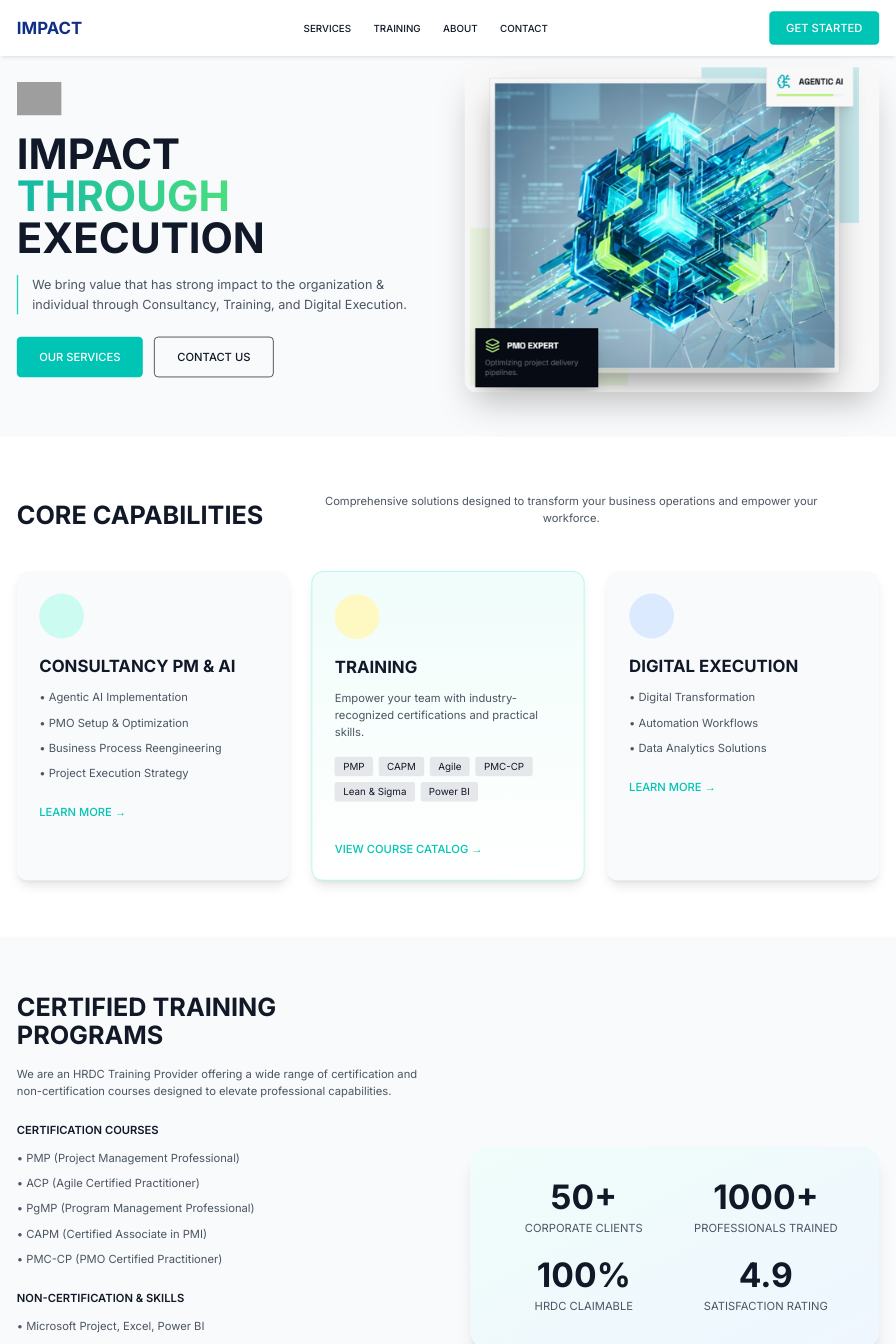
Repository: hsuntariq/web-pages
Page: impact/index.html
These files come from the project's save history. The page is drawn as it stood at one moment and after the next save; the edit follows.
The browser window is 1280 px wide. The pictures show the part of the page from y = 0 to 1920 px (the page is 4070 px tall), at 70% of full size.
Pictures or frames that could not be fetched are drawn as grey boxes. Some web libraries are served in a nearby version.

Above is the page before, as saved 2025-12-28 20:22:26.

### impact/index.html
<!DOCTYPE html>
<html lang="en" class="scroll-smooth">
  <head>
    <meta charset="UTF-8" />
    <meta name="viewport" content="width=device-width, initial-scale=1.0" />
    <title>
      Impact Through Execution – HRDC Certified Training Provider Malaysia
    </title>
    <meta
      name="description"
      content="HRDC certified training provider offering PMP, CAPM, Agile, AI in PM, and digital transformation courses in Malaysia. Consultancy, corporate training, and execution solutions."
    />
    <script src="https://cdn.tailwindcss.com"></script>
    <script>
      tailwind.config = {
        theme: {
          extend: {
            colors: {
              primary: "#00C4B4", // teal for buttons
              accent: "#122F87", // dark blue for accents
            },
          },
        },
      };
    </script>
    <link
      href="https://fonts.googleapis.com/css2?family=Inter:wght@400;500;600;700;800&display=swap"
      rel="stylesheet"
    />
    <style>
      body {
        font-family: "Inter", sans-serif;
      }
    </style>
  </head>
  <body class="bg-white text-gray-900">
    <!-- Navigation -->
    <header class="fixed top-0 left-0 right-0 bg-white shadow-md z-50">
      <nav
        class="max-w-7xl mx-auto px-6 py-4 flex items-center justify-between"
      >
        <div class="text-2xl font-bold text-accent">IMPACT</div>
        <div class="hidden md:flex space-x-8 text-sm font-medium">
          <a href="#services" class="hover:text-primary transition">SERVICES</a>
          <a href="#training" class="hover:text-primary transition">TRAINING</a>
          <a href="#about" class="hover:text-primary transition">ABOUT</a>
          <a href="#contact" class="hover:text-primary transition">CONTACT</a>
        </div>
        <a
          href="#"
          class="bg-primary text-white px-6 py-3 rounded-md font-medium hover:bg-primary/90 transition"
          >GET STARTED</a
        >
      </nav>
    </header>

    <!-- Hero Section -->
    <section class="pt-24 pb-16 bg-gray-50">
      <div
        class="max-w-7xl mx-auto px-6 grid lg:grid-cols-2 gap-12 items-center"
      >
        <div>
          <img
            src="https://precisionwellness.my/wp-content/uploads/2025/06/HRDC_Claimable_Registered_Training_Provider_Logos-scaled.webp"
            alt="HRDC Certified Training Provider"
            class="h-12 mb-6"
          />
          <h1
            class="text-5xl md:text-6xl font-bold text-gray-900 leading-tight"
          >
            IMPACT<br />
            <span
              class="bg-gradient-to-r text-transparent from-teal-500 bg-clip-text to-green-400"
            >
              THROUGH
            </span>
            <br />EXECUTION
          </h1>
          <p
            class="text-lg text-gray-600 border border-l-3 border-teal-400 border-2 border-t-0 border-b-0 border-e-0 ps-5 mt-6 mb-8"
          >
            We bring value that has strong impact to the organization &
            individual through Consultancy, Training, and Digital Execution.
          </p>
          <div class="flex flex-col sm:flex-row gap-4">
            <a
              href="#"
              class="bg-primary text-white px-8 py-4 rounded-md font-medium hover:bg-primary/90 transition"
              >OUR SERVICES</a
            >
            <a
              href="#"
              class="border border-gray-900 text-gray-900 px-8 py-4 rounded-md font-medium hover:bg-gray-900 hover:text-white transition"
              >CONTACT US</a
            >
          </div>
        </div>
        <div class="relative">
          <img
            src="./hero.PNG"
            alt="Agentic AI transforming project management"
            class="rounded-2xl shadow-2xl w-full"
          />
          <!-- <div
            class="absolute top-4 right-4 bg-black text-white px-4 py-2 rounded-md text-sm font-medium"
          >
            AGENTIC AI
          </div> -->
          <!-- <div
            class="absolute bottom-4 left-4 bg-black text-white px-6 py-3 rounded-md font-medium"
          >
            PMO EXPERT<br />Delivering project delivery excellence
          </div> -->
        </div>
      </div>
    </section>

    <!-- Core Capabilities -->
    <section class="py-20 bg-white">
      <div class="max-w-7xl mx-auto px-6">
        <div class="flex justify-between items-center">
          <h2 class="text-4xl font-bold text-center mb-12">
            CORE CAPABILITIES
          </h2>
          <p class="text-center text-gray-600 mb-16 max-w-3xl mx-auto">
            Comprehensive solutions designed to transform your business
            operations and empower your workforce.
          </p>
        </div>
        <div class="grid grid-cols-1 md:grid-cols-3 gap-8">
          <!-- Consultancy PM & AI -->
          <div class="bg-gray-50 rounded-2xl p-8 shadow-lg">
            <div class="bg-teal-100 w-16 h-16 rounded-full mb-6"></div>
            <h3 class="text-2xl font-bold mb-4">CONSULTANCY PM & AI</h3>
            <ul class="space-y-3 text-gray-600">
              <li>• Agentic AI Implementation</li>
              <li>• PMO Setup & Optimization</li>
              <li>• Business Process Reengineering</li>
              <li>• Project Execution Strategy</li>
            </ul>
            <a
              href="#"
              class="mt-8 inline-block text-primary font-medium hover:underline"
              >LEARN MORE →</a
            >
          </div>
          <!-- Training -->
          <div
            class="bg-gradient-to-b from-teal-50 to-white rounded-2xl p-8 shadow-lg border border-teal-200"
          >
            <div class="bg-yellow-100 w-16 h-16 rounded-full mb-6"></div>
            <h3 class="text-2xl font-bold mb-4">TRAINING</h3>
            <p class="text-gray-600 mb-6">
              Empower your team with industry-recognized certifications and
              practical skills.
            </p>
            <div class="flex flex-wrap gap-2 mb-6">
              <span class="bg-gray-200 px-3 py-1 rounded text-sm">PMP</span>
              <span class="bg-gray-200 px-3 py-1 rounded text-sm">CAPM</span>
              <span class="bg-gray-200 px-3 py-1 rounded text-sm">Agile</span>
              <span class="bg-gray-200 px-3 py-1 rounded text-sm">PMC-CP</span>
              <span class="bg-gray-200 px-3 py-1 rounded text-sm"
                >Lean & Sigma</span
              >
              <span class="bg-gray-200 px-3 py-1 rounded text-sm"
                >Power BI</span
              >
            </div>
            <a
              href="#"
              class="mt-8 inline-block text-primary font-medium hover:underline"
              >VIEW COURSE CATALOG →</a
            >
          </div>
          <!-- Digital Execution -->
          <div class="bg-gray-50 rounded-2xl p-8 shadow-lg">
            <div class="bg-blue-100 w-16 h-16 rounded-full mb-6"></div>
            <h3 class="text-2xl font-bold mb-4">DIGITAL EXECUTION</h3>
            <ul class="space-y-3 text-gray-600">
              <li>• Digital Transformation</li>
              <li>• Automation Workflows</li>
              <li>• Data Analytics Solutions</li>
            </ul>
            <a
              href="#"
              class="mt-8 inline-block text-primary font-medium hover:underline"
              >LEARN MORE →</a
            >
          </div>
        </div>
      </div>
    </section>

    <!-- Certified Training Programs -->
    <section class="py-20 bg-gray-50">
      <div
        class="max-w-7xl mx-auto px-6 grid lg:grid-cols-2 gap-16 items-center"
      >
        <div>
          <h2 class="text-4xl font-bold mb-6">CERTIFIED TRAINING PROGRAMS</h2>
          <p class="text-gray-600 mb-8">
            We are an HRDC Training Provider offering a wide range of
            certification and non-certification courses designed to elevate
            professional capabilities.
          </p>
          <div class="space-y-8">
            <div>
              <h4 class="font-semibold mb-4">CERTIFICATION COURSES</h4>
              <ul class="space-y-3 text-gray-600">
                <li>• PMP (Project Management Professional)</li>
                <li>• ACP (Agile Certified Practitioner)</li>
                <li>• PgMP (Program Management Professional)</li>
                <li>• CAPM (Certified Associate in PMI)</li>
                <li>• PMC-CP (PMO Certified Practitioner)</li>
              </ul>
            </div>
            <div>
              <h4 class="font-semibold mb-4">NON-CERTIFICATION & SKILLS</h4>
              <ul class="space-y-3 text-gray-600">
                <li>• Microsoft Project, Excel, Power BI</li>
                <li>• Critical Thinking</li>
                <li>• Agile Methodologies</li>
                <li>• JIRA Administration</li>
                <li>• PMI Essential</li>
                <li>• AI + Agentic AI Automation</li>
                <li>• Lean & Sigma</li>
              </ul>
            </div>
            <a
              href="#"
              class="bg-gray-900 text-white px-8 py-4 rounded-md font-medium hover:bg-gray-800 transition"
              >DOWNLOAD COURSE BROCHURE</a
            >
          </div>
        </div>
        <div
          class="bg-gradient-to-br from-teal-50 to-blue-50 rounded-3xl p-12 shadow-xl"
        >
          <div class="grid grid-cols-2 gap-8 text-center">
            <div>
              <div class="text-5xl font-bold text-gray-900">50+</div>
              <p class="text-gray-600 mt-2">CORPORATE CLIENTS</p>
            </div>
            <div>
              <div class="text-5xl font-bold text-gray-900">1000+</div>
              <p class="text-gray-600 mt-2">PROFESSIONALS TRAINED</p>
            </div>
            <div>
              <div class="text-5xl font-bold text-gray-900">100%</div>
              <p class="text-gray-600 mt-2">HRDC CLAIMABLE</p>
            </div>
            <div>
              <div class="text-5xl font-bold text-gray-900">4.9</div>
              <p class="text-gray-600 mt-2">SATISFACTION RATING</p>
            </div>
          </div>
        </div>
      </div>
    </section>

    <!-- Upcoming Classes -->
    <section class="py-16 bg-black text-white text-center">
      <div class="max-w-7xl mx-auto px-6">
        <h2 class="text-4xl font-bold mb-4">UPCOMING CLASSES</h2>
        <p class="text-lg mb-10">
          Ready to level up? Check out our schedule for the latest PMP, Agile,
          and AI workshops.
        </p>
        <a
          href="#"
          class="bg-primary text-white px-10 py-5 rounded-md text-lg font-medium hover:bg-primary/90 transition inline-block"
          >VIEW CLASS SCHEDULE →</a
        >
      </div>
    </section>

    <!-- Double Impact Advantage -->
    <section class="py-20 bg-white">
      <div class="max-w-7xl mx-auto px-6">
        <h2 class="text-4xl font-bold text-center mb-12">
          THE DOUBLE IMPACT ADVANTAGE
        </h2>
        <p class="text-center text-gray-600 mb-16 max-w-3xl mx-auto">
          We don’t just teach; we ensure transformation. Our unique methodology
          guarantees results for both the individual and the organization.
        </p>
        <div class="grid lg:grid-cols-2 gap-12 items-center">
          <div class="space-y-12">
            <div class="flex gap-6">
              <div
                class="bg-teal-100 w-16 h-16 rounded-full flex-shrink-0"
              ></div>
              <div>
                <h4 class="font-bold text-xl">AI STUDY COMPANION</h4>
                <p class="text-gray-600">
                  Learning doesn’t stop when the class ends. Our Custom AI tutor
                  helps students study after sessions, reinforcing concepts and
                  answering questions 24/7.
                </p>
              </div>
            </div>
            <div class="flex gap-6">
              <div
                class="bg-teal-100 w-16 h-16 rounded-full flex-shrink-0"
              ></div>
              <div>
                <h4 class="font-bold text-xl">POST-CLASS COACHING</h4>
                <p class="text-gray-600">
                  We provide dedicated coaching sessions to ensure knowledge is
                  applied correctly in the real world, maximizing the ROI for
                  the organization.
                </p>
              </div>
            </div>
            <div class="flex gap-6">
              <div
                class="bg-teal-100 w-16 h-16 rounded-full flex-shrink-0"
              ></div>
              <div>
                <h4 class="font-bold text-xl">DOUBLE THE IMPACT</h4>
                <p class="text-gray-600">
                  By combining cutting-edge tech with human mentorship, we
                  deliver exponential growth. Better skills for the employee,
                  better results for the company.
                </p>
              </div>
            </div>
          </div>
          <div class="relative">
            <div class="bg-gray-900 rounded-3xl p-12 shadow-2xl text-white">
              <div class="flex justify-between items-start mb-8">
                <div class="text-4xl font-bold">100% Success</div>
                <div class="text-yellow-400">★★★★★</div>
              </div>
              <p class="text-2xl font-bold mb-6">PMP Certificate Holder Rate</p>
              <blockquote class="text-lg italic mb-8">
                “I was worried about the PMP exam, but the AI tutor made it a
                breeze! It was actually... fun?”
              </blockquote>
              <p class="font-medium">— John S.</p>
              <blockquote class="text-lg italic mt-8 mb-8">
                “The only thing agile about me before this was how fast I ran
                away from spreadsheets. Now I'm a pro!”
              </blockquote>
              <p class="font-medium">— Amanda L.</p>
              <a
                href="#"
                class="mt-10 inline-block text-primary font-medium hover:underline"
                >SEE MORE SUCCESS STORIES →</a
              >
            </div>
          </div>
        </div>
      </div>
    </section>

    <!-- CTA -->
    <section
      class="py-20"
      style="
        background-image: url('https://thumbs.dreamstime.com/b/creative-glowing-blue-forex-chart-wallpaper-grid-invest-finance-concept-stock-market-chart-business-graph-background-159151545.jpg');
        background-size: cover;
        background-position: center;
      "
    >
      <div class="max-w-7xl mx-auto px-6 text-center text-white">
        <h2 class="text-5xl font-bold mb-6">READY TO MAKE AN IMPACT?</h2>
        <p class="text-xl mb-12">
          Let’s discuss how our consultancy and training solutions can drive
          your organization forward.
        </p>
        <div class="flex flex-col sm:flex-row gap-6 justify-center">
          <a
            href="#"
            class="bg-primary text-white px-10 py-5 rounded-md text-lg font-medium hover:bg-primary/90 transition"
            >GET IN TOUCH</a
          >
          <a
            href="#"
            class="border-2 border-white text-white px-10 py-5 rounded-md text-lg font-medium hover:bg-white hover:text-black transition"
            >VIEW CASE STUDIES</a
          >
        </div>
      </div>
    </section>

    <!-- Footer -->
    <footer class="bg-black text-white py-12">
      <div class="max-w-7xl mx-auto px-6 grid md:grid-cols-4 gap-8">
        <div>
          <div class="text-3xl font-bold mb-4">IMPACT</div>
          <p class="text-sm text-gray-400">
            We bring value that has strong impact to the organization &
            individual through Consultancy, Training, and Digital Execution.
          </p>
        </div>
        <div>
          <h4 class="font-bold mb-4">SERVICES</h4>
          <ul class="space-y-2 text-sm text-gray-400">
            <li>Consultancy PM & AI</li>
            <li>Corporate Training</li>
            <li>Digital Execution</li>
            <li>Business Process Reengineering</li>
          </ul>
        </div>
        <div>
          <h4 class="font-bold mb-4">COMPANY</h4>
          <ul class="space-y-2 text-sm text-gray-400">
            <li>About Us</li>
            <li>Contact</li>
            <li>Careers</li>
            <li>Privacy Policy</li>
          </ul>
        </div>
        <div class="text-right">
          <p class="text-sm text-gray-400">
            © 2025 Impact. All rights reserved.
          </p>
          <p class="text-xs text-gray-500 mt-4">
            HRDC Training Provider Certified
          </p>
        </div>
      </div>
    </footer>
  </body>
</html>

After the next save:
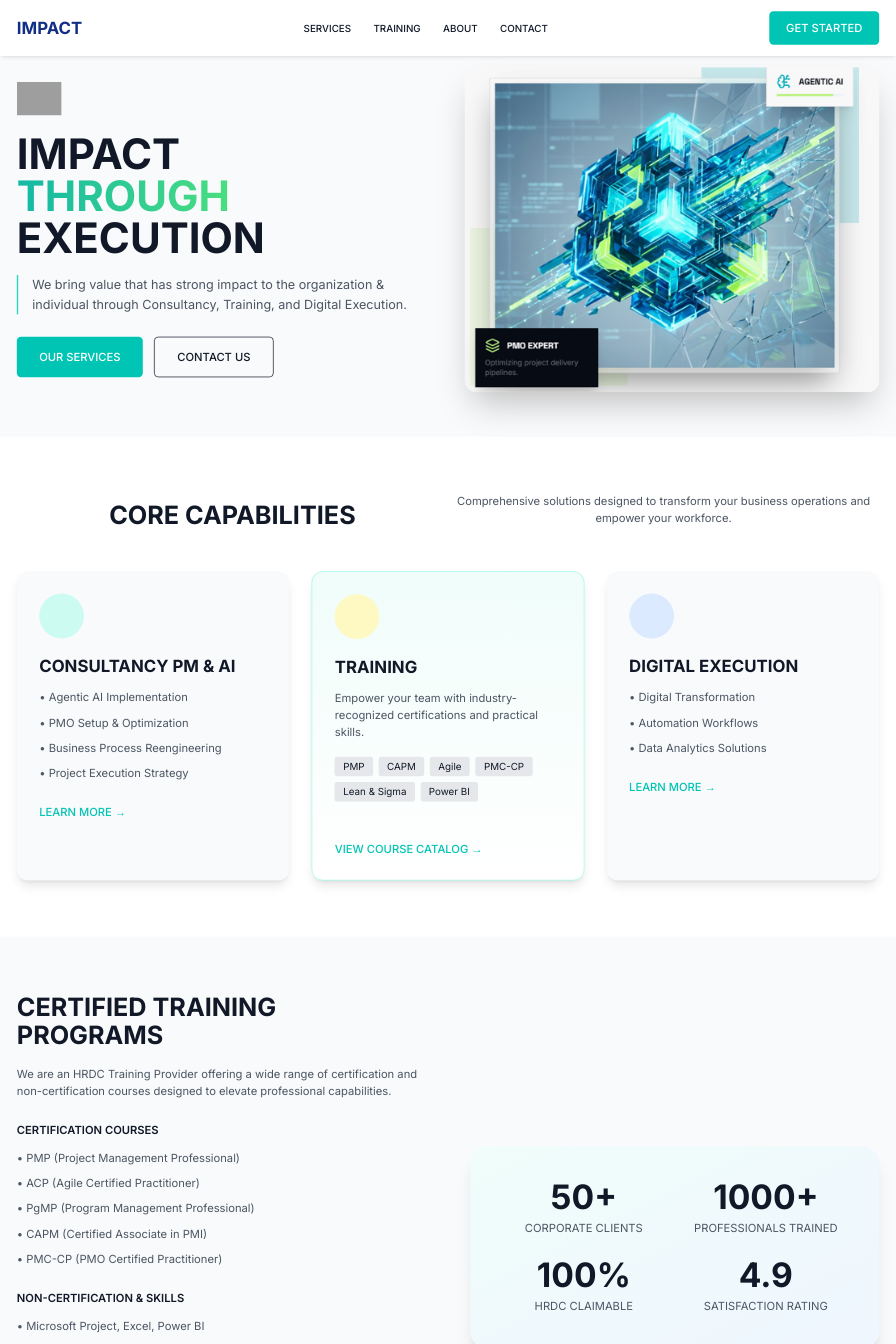
Saved 30 s later.
--- a/impact/index.html
+++ b/impact/index.html
@@ -118,7 +118,9 @@
     <!-- Core Capabilities -->
     <section class="py-20 bg-white">
       <div class="max-w-7xl mx-auto px-6">
-        <div class="flex justify-between items-center">
+        <div
+          class="grid grid-cols-1 md:grid-cols-2 justify-between items-center"
+        >
           <h2 class="text-4xl font-bold text-center mb-12">
             CORE CAPABILITIES
           </h2>
